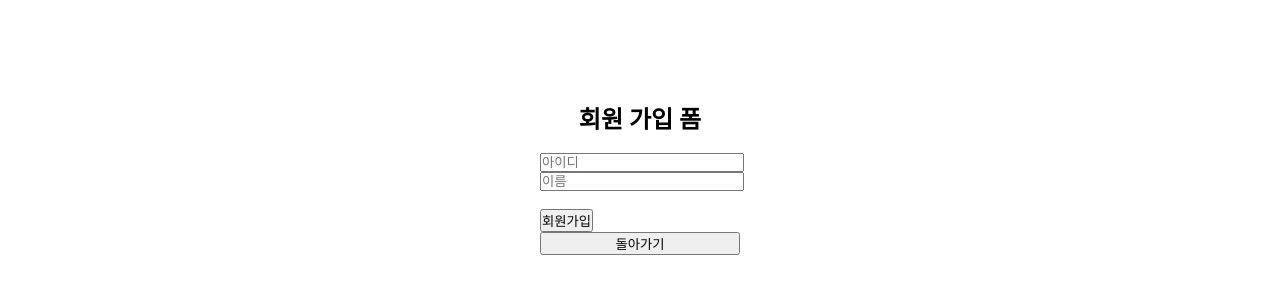
Repository: soeun1365/ServerProgram1
Page: http://localhost/ServerProgram1/join.jsp
An editor plug-in stored every save of this project. The page is shown before and after the next save, followed by the edit.
The browser window is 1280 px wide. The pictures show the whole page.
The page is served by Tomcat 9. Other server files are loaded and not shown.

Above is the page before, as saved 2021-06-14 08:26:47.

### ServerProgram1/WebContent/join.jsp
<%@ page language="java" contentType="text/html; charset=UTF-8"
    pageEncoding="UTF-8"%>
<!DOCTYPE html>
<html>
<head>
	<meta charset="UTF-8">
	<title>login</title>
	<style>
		*{
			padding: 0;
			margin: 0 auto;
		}
		h2{
			margin-top: 100px;
			text-align: center;
		}
		form, input{
			width: 200px;
		}
	</style>
	<script src="https://code.jquery.com/jquery-3.6.0.min.js" integrity="sha256-/xUj+3OJU5yExlq6GSYGSHk7tPXikynS7ogEvDej/m4=" crossorigin="anonymous"></script>
	<script>
		$(document).ready(function(){

			const f = $('#f');
			const id = $('#id');
			const name = $('#name');

			f.submit(function(event){
				if (id.val() == '' || name.val() == '') {
					alert('가입 정보를 모두 입력하세요.');
					event.preventDefault();
					return false;
				}
			})
		})


	</script>
</head>
<body>

	<h2>회원 가입 폼</h2><br>

	<form id="f" action="/ServerProgram1/joinCommand.do" method="post">
		<input type="text" id="id" name="id" placeholder="아이디"><br>
		<input type="text" id="name" name="name" placeholder="이름"><br>
		<br>
		<button>회원가입</button>
		<input type="button" value="돌아가기" onclick="location.href='login.jsp'">
	</form>
</body>
</html>

After the next save:
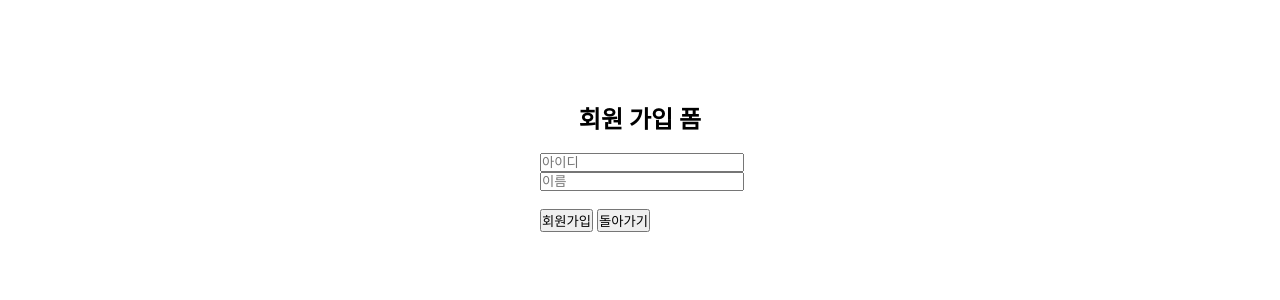
Saved 29 s later.
--- a/ServerProgram1/WebContent/join.jsp
+++ b/ServerProgram1/WebContent/join.jsp
@@ -14,7 +14,7 @@
 			margin-top: 100px;
 			text-align: center;
 		}
-		form, input{
+		form, input[type="text"]{
 			width: 200px;
 		}
 	</style>
